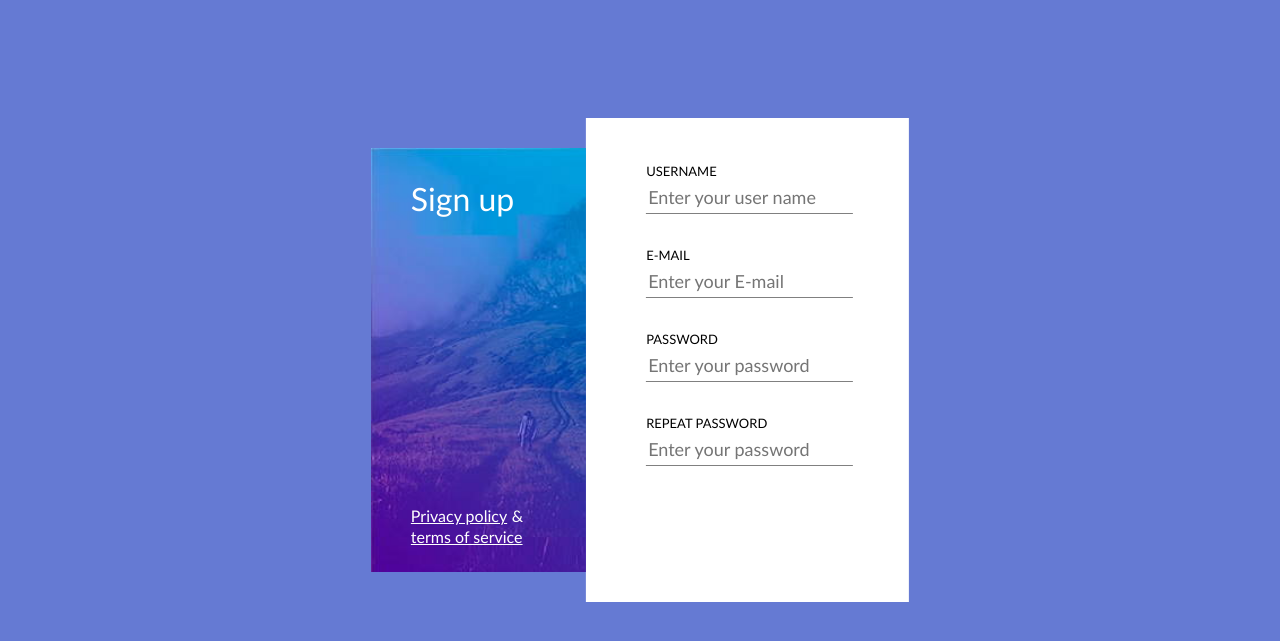
Repository: motiejus1/11-paskaita-adobexd-registracija
Page: index.html
The author's editor kept a copy of each file at every save. The page is drawn from the files as they stood at one save, then again after a run of saves.
The browser window is 1280 px wide. The pictures show the whole page.

Above is the page before, as saved 2021-06-17 20:15:48.

### index.html
<!DOCTYPE html>
<html lang="en">
<head>
    <meta charset="UTF-8">
    <meta http-equiv="X-UA-Compatible" content="IE=edge">
    <meta name="viewport" content="width=device-width, initial-scale=1.0">
    <title>Registracija</title>
    <style>
        html {
            font-size: 18px;
        }

        body {
            max-width: 1920px;
            background-color: #657AD3;
            font: normal normal normal 1rem/1.1667rem Gill Sans MT;
        }

        .container {
            width: 42.05%;
            position: absolute;
            top: 50%;
            left: 50%;
            transform: translate(-50%, -50%);
        }

        .left-column, .right-column {
            float:left;
            height: 26.8889rem;
        }

        .left-column {
            background-color: transparent;
            width: 40%;

        }

        .right-column {
            width: 60%;
            background-color: #fff;
        }

        .left-column-container {
            margin-top: 1.6667rem;
            height: 23.5556rem;
            background-color: #fff;
            background: transparent url('img/mountain.png') 0% 0% no-repeat padding-box;
            background-size: cover;
            padding-left: 2.2222rem;
            position: relative;

        }

        h1 {
            font: normal normal normal 1.7778rem/2.0556rem Gill Sans MT;
            color: #FFFFFF;
            margin: 0;
            padding-top: 32px;
        }


        .links {
            position: absolute;
            bottom: 1.3889rem;
        }

        .links a, .links p {
            display: inline-block;
            color: #FFFFFF;
            font: normal normal normal 0.8889rem/1.0556rem Gill Sans MT;
        }

        .links a:hover {
            color:#808080;
        }

        .links p {
            margin: 0;
        }

        .right-column-container {
            padding-left: 3.3333rem;
            padding-top: 2.5556rem;
            padding-right: 3.3333rem;
        }

        input {
            display: block;
            width: 100%;
            border: 0;
            border-bottom: 1px solid #808080;
            padding-bottom: 0.3333rem;
        }
        /* klase input */

        .input {
            margin-bottom: 1.8889rem;
        }

        label {
            display: block;
            font: normal normal normal 0.7222rem/0.8333rem Gill Sans MT;
            text-transform: uppercase;
            color: #000000;
            padding-bottom: 0.6667rem;
        }

        ::-webkit-input-placeholder {
            font: normal normal normal 1rem/1.1667rem Gill Sans MT;
            color:

        }

    </style>

</head>
<body>

    <div class="container">

        <div class="left-column">
            <div class="left-column-container">
                <h1>Sign up</h1>

                <div class="links">
                    <a href="#">Privacy policy</a>
                    <p>&</p>
                    <a href="#">terms of service</a>
                </div>
            </div>
        </div>
        <div class="right-column">
            <div class="right-column-container">
                <div class="input">
                    <label for="username">Username</label>
                    <input placeholder="Enter your user name" type="text" id="username" name="username" />
                </div>
                <div class="input">
                    <label for="email">E-mail</label>
                    <input placeholder="Enter your E-mail" type="text" id="email" name="email" />
                </div>
                <div class="input">
                    <label for="password">Password</label>
                    <input placeholder="Enter your password" type="password" id="password" name="password" />
                </div>
                <div class="input">
                    <label for="repeat-password">Repeat password</label>
                    <input placeholder="Enter your password" type="password" id="repeat-password" name="repeat-password" />
                </div>
            </div>
        </div>
    </div>

</body>
</html>

After the next 2 saves:
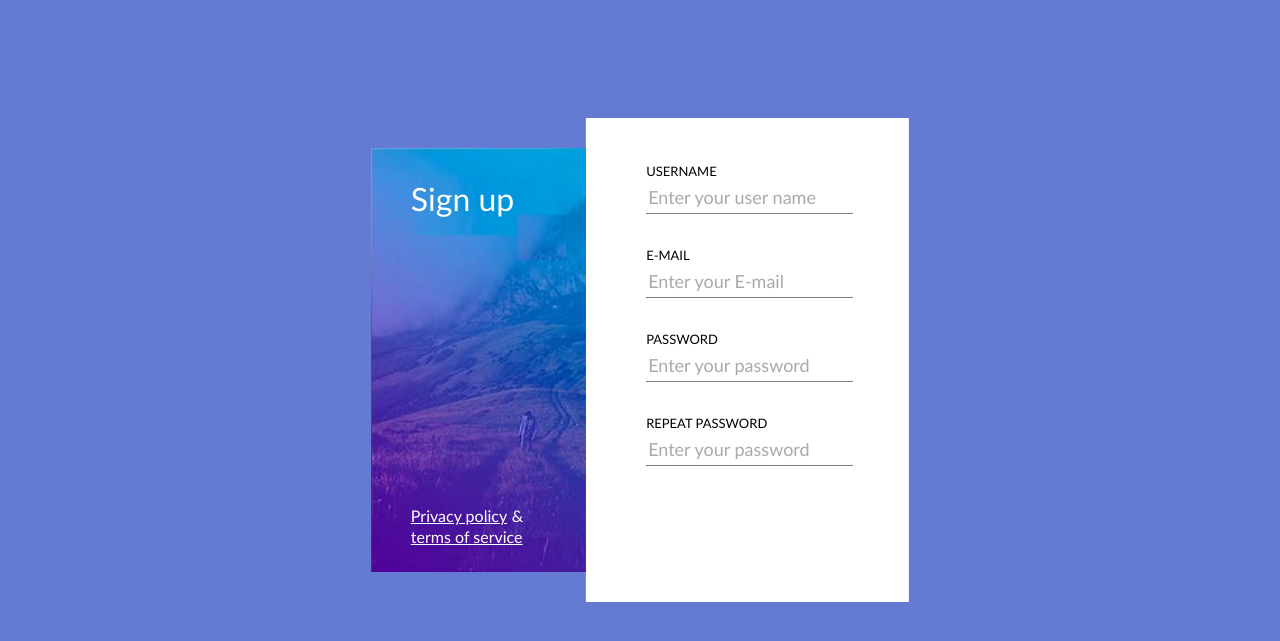
The 2 saves are shown as one change because they came seconds apart.
The last was saved 9 s later.
--- a/index.html
+++ b/index.html
@@ -107,7 +107,7 @@
 
         ::-webkit-input-placeholder {
             font: normal normal normal 1rem/1.1667rem Gill Sans MT;
-            color:
+            color: #A9A9A9;
 
         }
 
